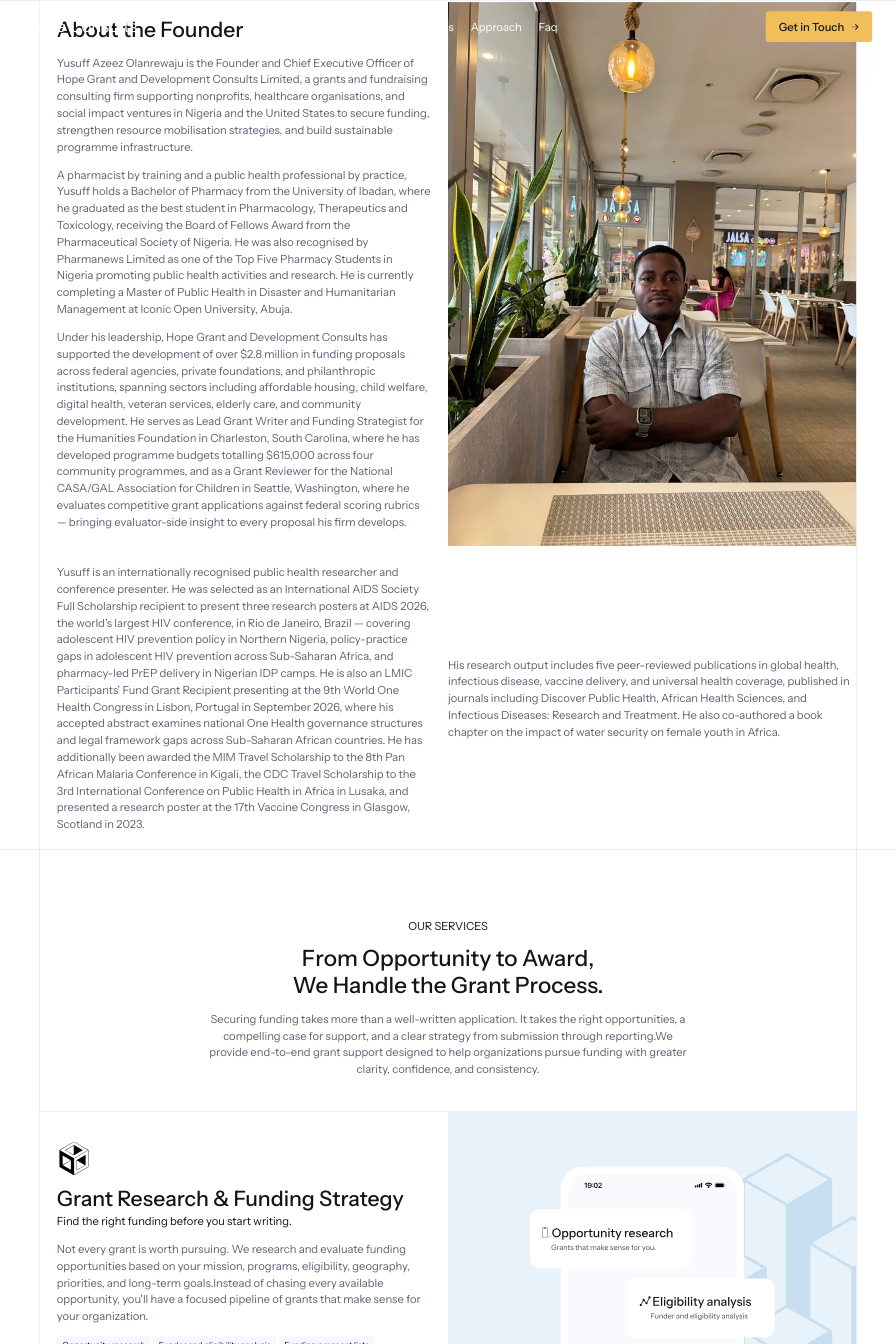
Repository: Ajeyinka/Upgrowth
Page: about.html
The author's editor kept a copy of each file at every save. The page is drawn from the files as they stood at one save, then again after a run of saves.
The browser window is 1280 px wide. The pictures show the part of the page from y = 0 to 1920 px (the page is 5302 px tall), at 70% of full size.

Above is the page before, as saved 2026-09-24 18:43:24.

After the next 2 saves:
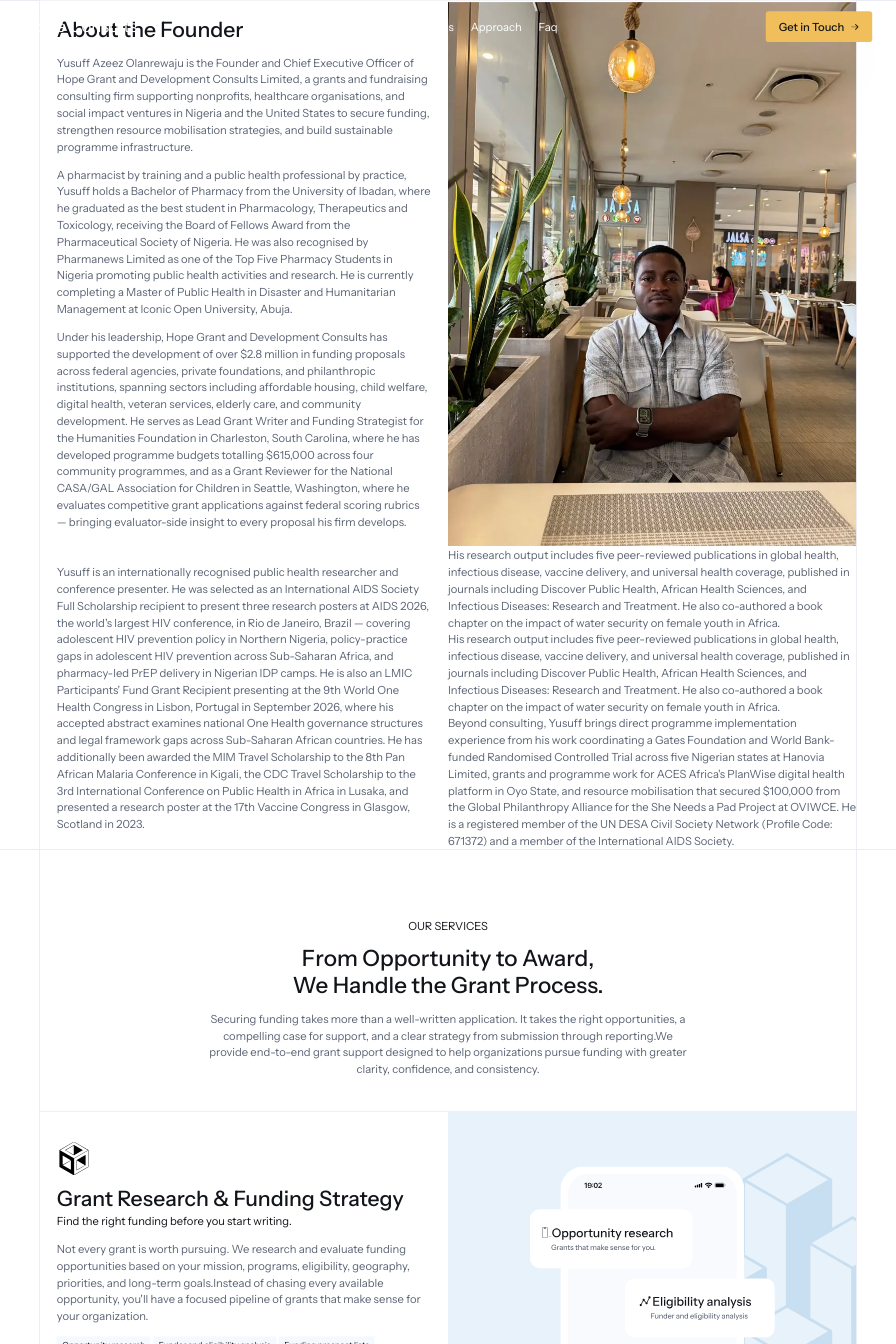
The 2 saves are shown as one change because they came seconds apart.
The last was saved 49 s later.
--- a/about.html
+++ b/about.html
@@ -95,8 +95,11 @@
             <div class="grid-image">
                <p>
                 His research output includes five peer-reviewed publications in global health, infectious disease, vaccine delivery, and universal health coverage, published in journals including Discover Public Health, African Health Sciences, and Infectious Diseases: Research and Treatment. He also co-authored a book chapter on the impact of water security on female youth in Africa.
-
-              </p>
+              </p>
+               <p>
+                His research output includes five peer-reviewed publications in global health, infectious disease, vaccine delivery, and universal health coverage, published in journals including Discover Public Health, African Health Sciences, and Infectious Diseases: Research and Treatment. He also co-authored a book chapter on the impact of water security on female youth in Africa.
+              </p>
+              <p>Beyond consulting, Yusuff brings direct programme implementation experience from his work coordinating a Gates Foundation and World Bank-funded Randomised Controlled Trial across five Nigerian states at Hanovia Limited, grants and programme work for ACES Africa's PlanWise digital health platform in Oyo State, and resource mobilisation that secured $100,000 from the Global Philanthropy Alliance for the She Needs a Pad Project at OVIWCE. He is a registered member of the UN DESA Civil Society Network (Profile Code: 671372) and a member of the International AIDS Society.</p>
             </div>
           </div>
 
